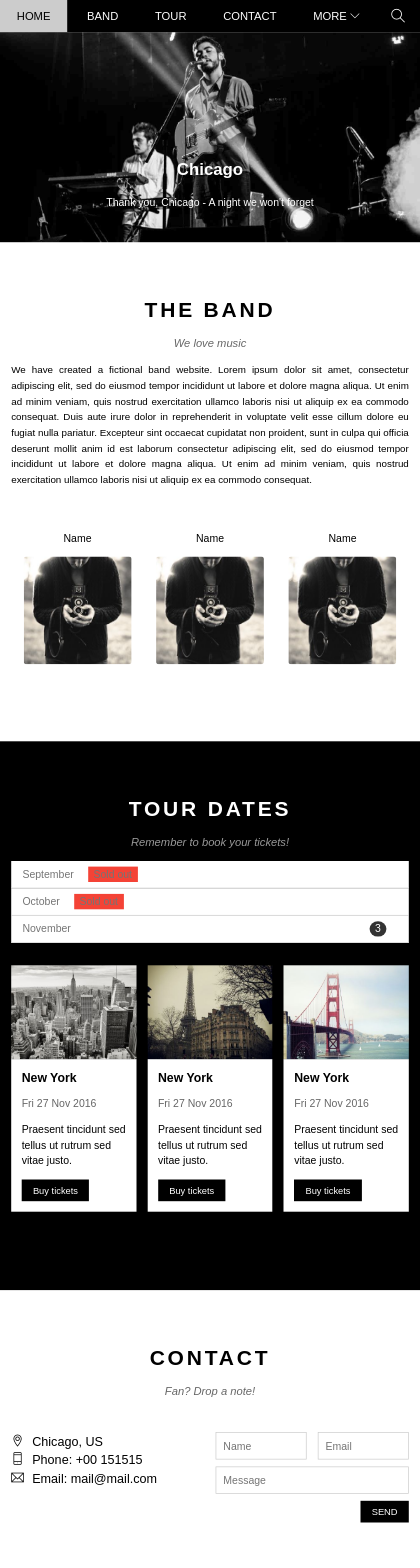
Repository: Bakyproit/the-Band
Page: index.html
These files come from the project's save history. The page is drawn as it stood at one moment and after a run of saves; the edit follows.
The browser window is 600 px wide. The pictures show the part of the page from y = 0 to 2240 px (the page is 2816 px tall), at 70% of full size.

Above is the page before, as saved 2022-01-03 16:24:14.

### index.html
<!DOCTYPE html>
<html lang="en">
<head>
    <meta charset="UTF-8">
    <meta http-equiv="X-UA-Compatible" content="IE=edge">
    <meta name="viewport" content="width=device-width, initial-scale=1.0">
    <link rel="stylesheet" href="./assets/fonts/themify-icons/themify-icons.css">
    <link rel="stylesheet" href="./assets/css/style.css">
    <link rel="stylesheet" href="./assets/css/reponsive.css">
    <title>The-Band</title>
</head>
<body>

    <div id="main">
        <!-- begin header   -->
        <div id="header">
            <!-- Begin : Nav -->
            <ul id="nav">
                <li>
                    <a href="#">Home</a>
                </li>
                <li><a href="#band">Band</a></li>
                <li><a href="#tour">Tour</a></li>
                <li><a href="#contact">Contact</a></li>
                <li>
                    <a href="#">
                        More
                        <i class="nav-arrow-down ti-angle-down"></i>

                    </a>
                    <ul class="subnav">
                        <li><a href="#">Merchandise</a></li>
                        <li><a href="#">Extras</a></li>
                        <li><a href="#">Media</a></li>
                    </ul>
                </li>
            </ul>
            <!-- End : Nav -->
            <!-- Begin : Search button -->
            <div class="search-btn">
                <i class="search-icon ti-search"></i>
            </div>
            <!-- End : Search button-->


        </div>
        <!-- end header     -->
        <!-- Begin slider== -->
        <div id="slider">
            <div class="text-content">
                <h2 class="text-heading">Chicago</h2>
                <div class="text-description">Thank you, Chicago - A night we won't forget</div>
            </div>

        </div>
        <!-- End slider    -->
        <!-- Begin content -->
        <div id="content">
        <!-- The- band -->
            <div id ="band" class="content-section">
                <h2 class="section-heading">THE BAND</h2>
                <p class="section-sub-heading">We love music</p>
                <p class="about-text">We have created a fictional band website. Lorem ipsum dolor sit amet, consectetur adipiscing elit, sed do eiusmod tempor incididunt ut labore et dolore magna aliqua. Ut enim ad minim veniam, quis nostrud exercitation ullamco laboris nisi ut aliquip ex ea commodo consequat. Duis aute irure dolor in reprehenderit in voluptate velit esse cillum dolore eu fugiat nulla pariatur. Excepteur sint occaecat cupidatat non proident, sunt in culpa qui officia deserunt mollit anim id est laborum consectetur adipiscing elit, sed do eiusmod tempor incididunt ut labore et dolore magna aliqua. Ut enim ad minim veniam, quis nostrud exercitation ullamco laboris nisi ut aliquip ex ea commodo consequat.</p>
                <div class="member-list">
                    <div class=" col-third">
                        <p class="member-name">Name</p>
                        <img src="/assets/img/bandmember.jpg" alt="" class="member-img">
                    </div>
                    <div class="col-third">
                        <p class="member-name">Name</p>
                        <img src="/assets/img/bandmember.jpg" alt="" class="member-img">
                    </div>
                    <div class=" col-third">
                        <p class="member-name">Name</p>
                        <img src="/assets/img/bandmember.jpg" alt="" class="member-img">
                    </div>

                </div>

            </div>
        <!-- Tour -->
            <div id ="tour" class="tour-section">
                <div class="content-section ">
                    <h2 class="section-heading text-white">TOUR DATES</h2>
                    <p class="section-sub-heading text-white">Remember to book your tickets!</p>
                    <ul class="tickets-list">
                        <li>
                            September
                            <span class="sold-out">Sold out</span>
                        </li>
                        <li>
                            October
                            <span class="sold-out" >Sold out</span>
                        </li>
                        <li>
                            November
                            <span class="quantity" >3</span>
                        </li>
                    </ul>
                    <!-- places - list -->
                    <div class="places-list row">
                        <div class="places-item  col col-third">
                            <img src="/assets/img/play/play1.jpg" alt="" class="places-img">
                            <div class="places-content">
                                <h3 class="places-name">New York</h3>
                                <p class="places-time">Fri 27 Nov 2016</p>
                                <p class="places-title">Praesent tincidunt sed tellus ut rutrum sed vitae justo.</p>
                                <button  class="btn js-buy-tickets ">Buy tickets</button>
                            </div>
                        </div>
                        <div class="places-item  col col-third ">
                            <img src="/assets/img/play/play2.jpg" alt="" class="places-img">
                            <div class="places-content">
                                <h3 class="places-name">New York</h3>
                                <p class="places-time">Fri 27 Nov 2016</p>
                                <p class="places-title">Praesent tincidunt sed tellus ut rutrum sed vitae justo.</p>
                                <button  class="btn js-buy-tickets ">Buy tickets</button>
                            </div>
                        </div>
                        <div class="places-item  col col-third">
                            <img src="/assets/img/play/play3.jpg" alt="" class="places-img">
                            <div class="places-content">
                                <h3 class="places-name">New York</h3>
                                <p class="places-time">Fri 27 Nov 2016</p>
                                <p class="places-title">Praesent tincidunt sed tellus ut rutrum sed vitae justo.</p>
                                <button  class="btn js-buy-tickets ">Buy tickets</button>
                            </div>
                        </div>
                    </div>
                </div>
            </div>
        <!--    Contact -->
            <div id ="contact" class="content-section">
                <h2 class="section-heading ">CONTACT</h2>
                <p class="section-sub-heading ">Fan? Drop a note!</p>
                <!-- contact - content -->
                <div class="row contact-content">
                    <div class="col col-half contact-info">
                        <p><i class="ti-location-pin"></i>Chicago, US</p>
                        <p><i class="ti-mobile"></i>Phone: +00 151515</p>
                        <p><i class="ti-email"></i>Email: mail@mail.com</p>
                    </div>
                    <div class="col col-half contact-form">
                        <form action="">
                            <div class="row">
                                <div class="col col-half">
                                    <input type="text" name="" placeholder="Name" required id="" class="form-control">
                                </div>
                                <div class="col col-half">
                                    <input type="email" name="" placeholder="Email" required  id="" class="form-control">
                                </div>
                            </div>

                            <div class="row ">
                                <div class="col col-full">
                                    <input type="text" name="" placeholder="Message" required id="" class="form-control">
                                </div>
                            </div>
                            <input type="submit" value="SEND" class="btn pull-right">
                        </form>
                    </div>
                </div>
            </div>
        <!-- map -->
            <div class="map-section">
                <img src="./assets/img/map.jpg" alt="Map">
            </div>

        </div>
        <!-- End content -->
        <!-- Begin footer -->
        <div id="footer">
            <div class="social-list">
                <a href=""><i class="ti-facebook"></i></a>
                <a href=""><i class="ti-facebook"></i></a>
                <a href=""><i class="ti-facebook"></i></a>
                <a href=""><i class="ti-facebook"></i></a>
                <a href=""><i class="ti-facebook"></i></a>
                <a href=""><i class="ti-facebook"></i></a>
            </div>
            <p class="copy-right">Powered by <a href="">w3.css</a></p>
        </div>
        <!-- end-footer -->
        <!-- modal -->
        <div class="modal js-modal">
            <div class="modal-container js-modal-container">
                <div class="modal-close js-modal-close">
                    <i class="ti-close"></i>
                </div>
                <!-- header -->
                <header class="modal-header">
                    <i class="ti-bag"></i>
                    Tickets
                </header>
                <!-- body -->
                <div class="modal-body">
                    <label for="ticket-quantity" class="model-label">
                        <i class="ti-shopping-cart"></i>
                        Tickets, $15 per person
                    </label>
                    <input id="ticket-quantity" type="text" class="modal-input" placeholder="Howmany ?">


                    <label for="ticket-email" class="model-label">
                        <i class="ti-user"></i>
                        Send To
                    </label>
                    <input id= "ticket-email" type="text" class="modal-input" placeholder="Enter email ?">

                    <button class="buy-tickets">
                        Pay
                        <i class="ti-check"></i>
                    </button>
                </div>
                <footer class="modal-footer">
                    <p class="modal-help">Need <a href="">help?</a></p>
                </footer>
            </div>
        </div>
        <!-- end modal -->
        <!-- javascript -->
        <script>
            const buyBtns = document.querySelectorAll('.js-buy-tickets')
            const modal = document.querySelector('.js-modal')
            const modalClose = document.querySelector('.js-modal-close')
            const modalContainer =document.querySelector('.js-modal-container')
            function buyTickets(){
                modal.classList.add('open')
            }
            function hiddenBuyTickets(){
                modal.classList.remove('open')
            }


            for(const buyBtn of buyBtns){
                buyBtn.addEventListener('click' ,buyTickets )
            }
            modalClose.addEventListener('click' , hiddenBuyTickets)
            modal.addEventListener('click' , hiddenBuyTickets)
            modalContainer.addEventListener('click' , function (event){
                event.stopPropagation()
            })

        </script>
        <!-- javascript -->
    </div>
</body>
</html>



<!-- hang row -->

### assets/css/style.css
/*
Reset css
*/
*{
    padding: 0;
    margin:  0;
    box-sizing: border-box;
}
html {
    font-family: Arial, Helvetica, sans-serif;
    scroll-behavior: smooth;
}
#main {

}
.text-white{
    color:#fff !important;
}
.btn{
    display: inline-block;
    text-decoration: none;
    padding: 8px 16px;
    color: #fff;
    background-color: #000;
    border : none  ;
}
.btn:hover{
    color: #000!important;
    background-color: #ccc!important;
    cursor: pointer;
}

.pull-right{
    float: right !important ;
}
.flex{
    display: flex;
}

.row {
    display: flex;
    margin-left: -8px;
    margin-right: -8px;
}
.col {
    padding-left: 8px;
    padding-right: 8px;
}
.col-third{
    width: 33.33333%;
}
.col-half{
    width: 50%;
}
.col-full{
    width: 100%;
}
/* =====header===== */
#header {
    height: 46px;
    background-color: #000;
    position: fixed;
    top : 0 ;
    right: 0;
    left : 0;
    z-index: 1;

}
#nav{
    display: inline-block;
}
#nav,.subnav {
    list-style-type: none;

}
/* nav */
#nav > li{
    display: inline-block;
    position: relative;

}
#nav li a{
    display: inline-block;
    color : #fff ;
    text-decoration: none;
    line-height: 46px;
    padding: 0px 24px;
    text-transform: uppercase;
}
#nav > li:hover > a,
#nav .subnav li:hover a{
    color : #000 ;
    background-color: #ccc;
}
/*     subnav */
#nav .subnav{
    display: none;
    position: absolute;
    top:100% ;
    background-color: #fff;
    /* bong do */
    box-shadow: 0 0 10px rgba(0, 0, 0,0.5) ;
    min-width: 160px;
}
#nav li:hover .subnav {
    display: block ;
}

#nav .subnav  a{
    display:  block;
    color: #000;
    padding: 0 12px;
    line-height: 38px;
}
#nav .nav-arrow-down{
    font-size: 14px;
}

#header .search-btn{

    float: right;
    padding: 0 21px;


}
#header .search-btn:hover{
    cursor: pointer;
    background-color:#f44336 ;

}
#header .search-icon{
    color : #fff ;
    font-size: 20px;
    line-height: 46px;
}


/* ====end header=======                 */
/*      Begin slider                     */
#slider {
    margin-top: 46px;
    padding-top:50%;
    /* luon bang 50% chieu rong */
    background: url('/assets/img/slider/slider1.jpg') top center / cover no-repeat;
    position: relative;
}
#slider .text-content{
    position: absolute;
    bottom: 48px;
    left:50%;
    color:#fff ;
    transform: translateX(-50%);
    text-align: center;

}
#slider .text-heading{
    margin:  0 0 25px 0 ;
    font-weight: 500px;
    font-size: 24px;
}
#slider .text-description{
    font-size: 15px;
}
/*    End slider                     */
/*    Begin content                  */
#content {
    color : #000 ;
}
#content .content-section{
    width: 800px;
    max-width: 100%;
    margin-left: auto;
    margin-right: auto;
    padding: 64px 16px;

}
#content .section-heading{
    margin: 10px 0;
    font-size: 30px;
    text-align: center;
    font-weight: 400px;
    letter-spacing: 4px;
    line-height: 45px;
}
#content .section-sub-heading{
    margin:15px 0 ;
    text-align: center;
    font-style: italic;
    opacity: 0.6;
    line-height: 22px;
}
/*             About                   */
#content .about-text{
    margin: 15px 0 ;
    font-size: 14px;
    text-align: justify ;
    line-height: 1.6;

}
#content .member-list{
    padding: 32px 0 ;
    display: flex;
    text-align: center;
}

#content  .member-name{
    margin: 15px 0;
    font-size: 15px;
    line-height: 22px;
}
#content  .member-img{
    margin-bottom: 10px;
    width: 154px;
    border-radius: 4px;
}

/*                   Tour                        */
.tour-section{
    background-color: black;
    color:#fff ;
}
.tour-section .tickets-list li{
    list-style: none;
    color: #757575;
    padding: 8px 16px;
    font-size: 15px;
    line-height: 22px;
    background-color: #fff;
    border-bottom: 1px solid #ddd;
}
.tour-section  .sold-out{
    display: inline-block;
    background-color: #f44336;
    padding: 0 8px;
    margin-left:16px;
}
.tour-section .quantity{
    display: inline-block;
    padding: 0 8px;
    margin-right: 16px;
    background-color: #333;
    color:#fff ;
    border-radius: 50%;
    float: right;
}

.places-list{
    color: #000;
    font-size: 15px;
    padding: 32px 0 ;
}
.places-item{
    margin-bottom: 16px;
}

.places-img{
    width: 100%;
    display: block;
}
.places-img:hover{
    opacity: 0.6;
}
.places-content{
    padding: 15px;
    line-height: 22px;
    background-color: #fff;
}
.places-name{
}
.places-time{
    margin-top: 15px ;
    opacity: 0.6;
}
.places-title{
    margin: 15px 0 ;
    line-height: 1.5;
}




/*                  contact            */

.contact-content{
    padding-bottom: 32px  ;
    padding-top: 32px;
}
.contact-info{
    font-size: 18px;
    line-height: 1.5;
}
.contact-info i[class*="ti-"]{
    display: inline-block;
    width: 30px;

}

.contact-form .form-control{
    font-size: 15px;
    padding: 10px ;
    border : 1px solid #ccc ;
    width: 100%;
    margin-bottom: 10px;
}
/*                      Map-section                        */
.map-section img {
    width: 100%;
}


/*                      end content                 */
/*                      Begin footer                */

#footer {
    padding: 64px 16px;
    text-align: center;
}
#footer .social-list{
    font-size: 24px;

}
#footer .social-list a {
    text-decoration: none;
    color: rgba(0, 0, 0,0.6);

}
#footer .social-list a:hover{
    color: rgba(0, 0, 0,0.4);
}
#footer .copy-right{
    margin: 15px  0 ;
    color: rgba(0, 0, 0,0.6);
}
#footer .copy-right a{
    color: rgba(0, 0, 0,0.6);
}
/*                         end footer                */
/*                         modal                   */
.modal{
    position: fixed;
    top:0;
    right: 0 ;
    bottom: 0;
    left: 0;
    background: rgba(0,0,0,0.4);
    align-items: center;
    justify-content: center;
    display: none;
}
.modal.open{
    display: flex;
}
.modal-container{
    background-color: #fff;
    width: 900px;
    min-height: 300px;
    position: relative;
    animation: modalFaceIn ease .6s;
}
.modal-close {
    position: absolute;
    top: 0;
    right: 0;
    padding: 8px 16px;
    line-height: 36px;
    color:#fff ;
}
.modal-close:hover{
    color:#000 ;
    background: #ccc;
    opacity: 0.6;
}
.modal-header{
    background-color: #009688;
    height: 130px;
    font-size: 30px ;
    color:#fff ;
    display: flex;
    align-items: center;
    justify-content: center;
    padding: 32px 16px;
}
.modal-header i {
    margin-right: 20px;
}
.modal-body{
    padding: 0 16px ;
    margin-top: 15px;
}
.model-label{
    display: block;
    font-size: 15px;
    color: #000;
    padding: 2.5px 0;

}
.modal-input {
    padding: 11.5px 8px;
    border : 1px solid #ccc ;
    width: 100%;
    margin: 15px 0;
}

.buy-tickets{
    background-color: #009688;
    padding:18.5px 16px;
    margin-bottom: 16px;
    width: 100%;
    font-size: 15px;
    border :0 ;
}

.buy-tickets:hover{
    color:#000 ;
    background: #ccc;
}


.modal-footer{
    display: inline-block;
    margin: 15px 0;
    padding: 2.5px 16px ;
    font-size: 15px;
    float: right;
}
.modal-footer .modal-help{
}
.modal-footer a{
    color :#2196F3 ;
}



@keyframes modalFaceIn{

    from{
        opacity: 0;
        transform: translateY(-140px);
    }
    to{
        opacity: 1;
        transform: translateY(0);
    }
}

### assets/css/reponsive.css


/* mobile */
@media (max-width:739px) {
    #nav > li
}

/* tablet */
@media (min-width:740px) and (max-width:1023px) {

}

/* PC */
@media (min-width:1024px) {

}

Loaded but not shown: assets/fonts/themify-icons/themify-icons.css (common file)

After the next 3 saves:
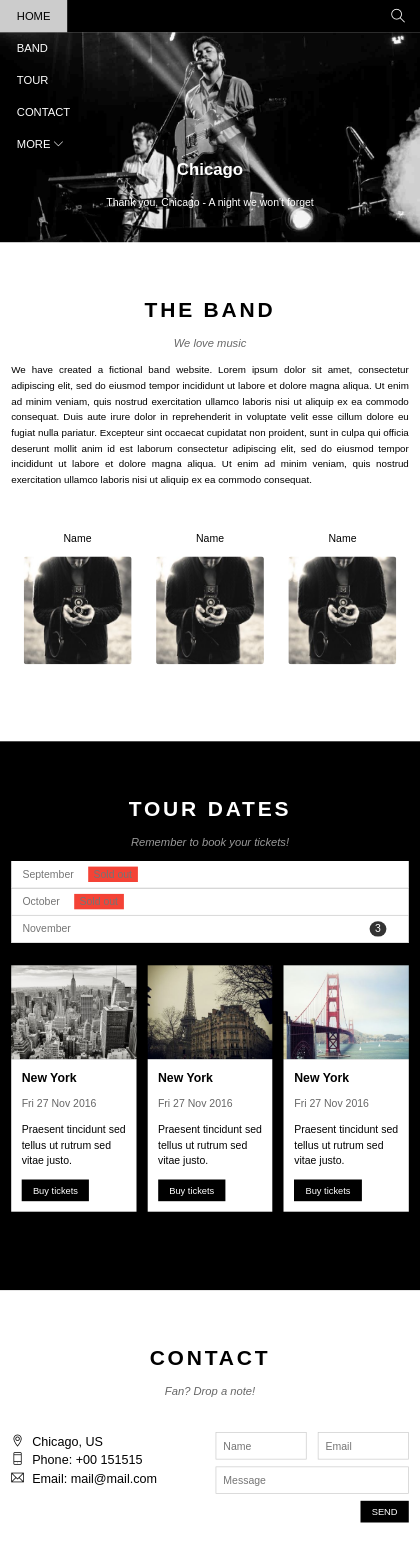
The 3 saves are shown as one change because they came seconds apart.
The last was saved 10 s later.
--- a/assets/css/reponsive.css
+++ b/assets/css/reponsive.css
@@ -2,7 +2,9 @@
 
 /* mobile */
 @media (max-width:739px) {
-    #nav > li
+    #nav > li{
+        display: block;
+    }
 }
 
 /* tablet */
